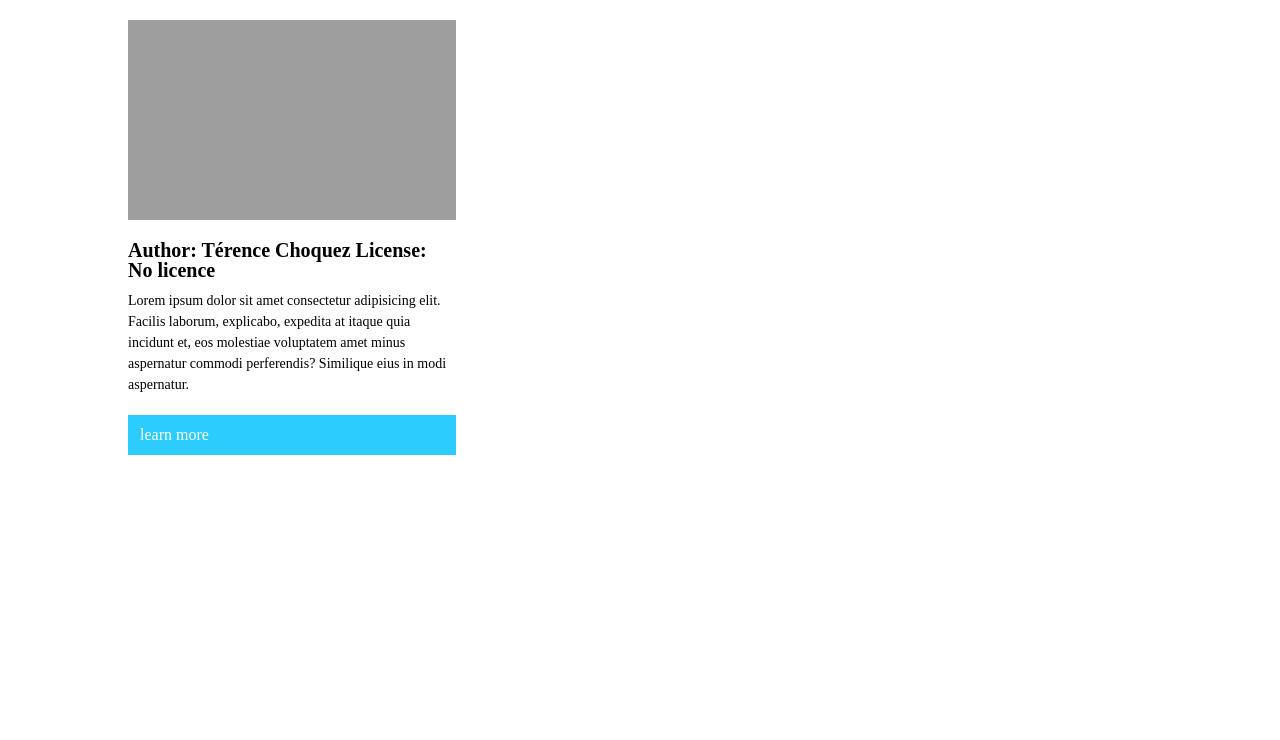
Repository: dinhhaidh/subgrid
Page: index.html
The author's editor kept a copy of each file at every save. The page is drawn from the files as they stood at one save, then again after a run of saves.
The browser window is 1280 px wide. The pictures show the whole page.
Pictures or frames that could not be fetched are drawn as grey boxes.

Above is the page before, as saved 2024-01-08 15:25:26.

After the next 4 saves:
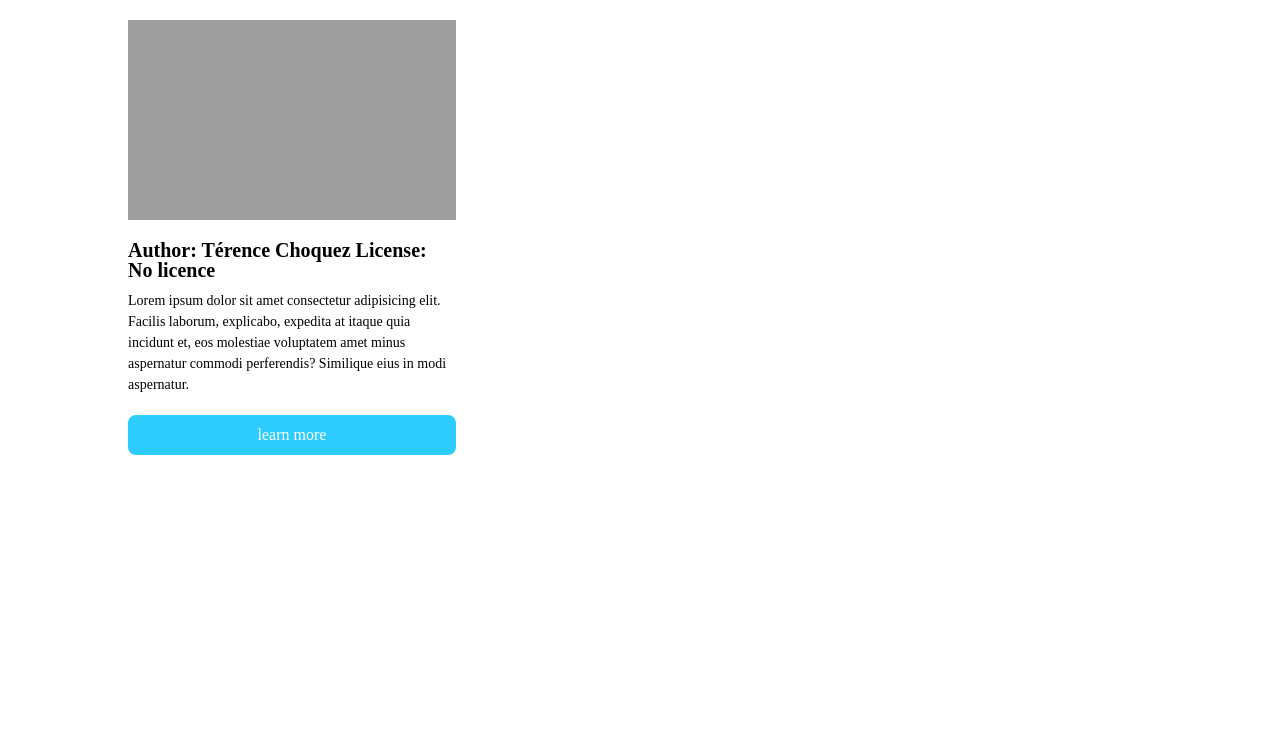
The 4 saves are shown as one change because they came seconds apart.
The last was saved 12 s later.
--- a/style.css
+++ b/style.css
@@ -66,5 +66,6 @@ body {
     color: white;
     background-color: #2cccff;
     padding: 12px;
-
+    border-radius: 8px;
+    text-align: center;
 }
